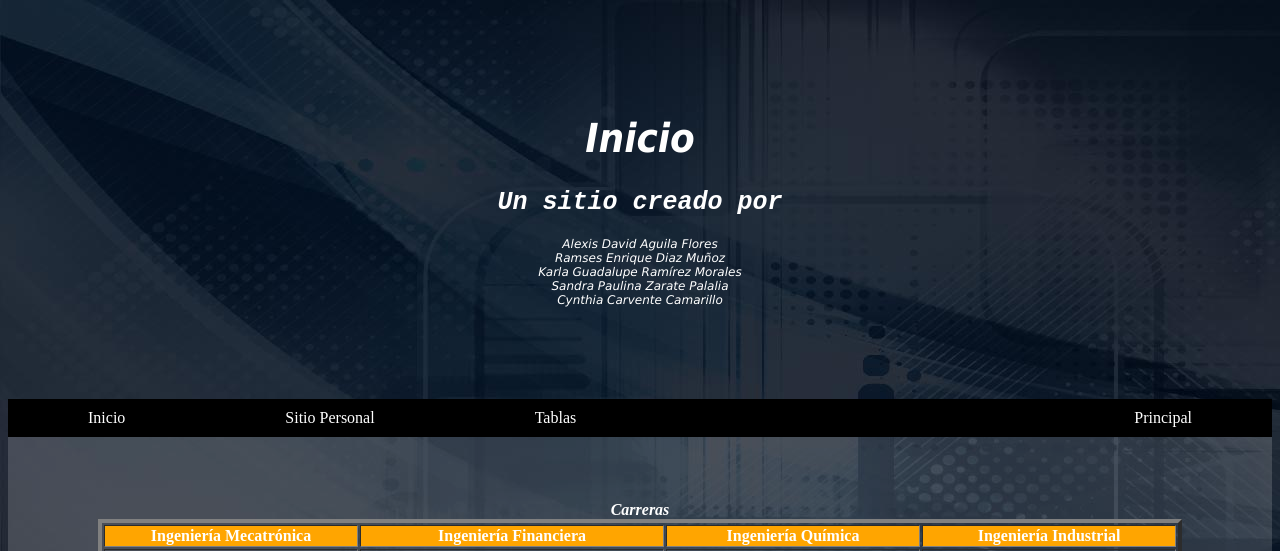
Repository: Dogueen/miniProyectoUniversidad
Page: miniProyecto/pages/inicio.html
An editor plug-in stored every save of this project. The page is shown before and after the next save, followed by the edit.
The browser window is 1280 px wide. The pictures show the part of the page from y = 0 to 551 px (the page is 1898 px tall before and 1772 px after).
Pictures or frames that could not be fetched are drawn as grey boxes.

Above is the page before, as saved 2023-10-31 12:11:03.

After the next save:
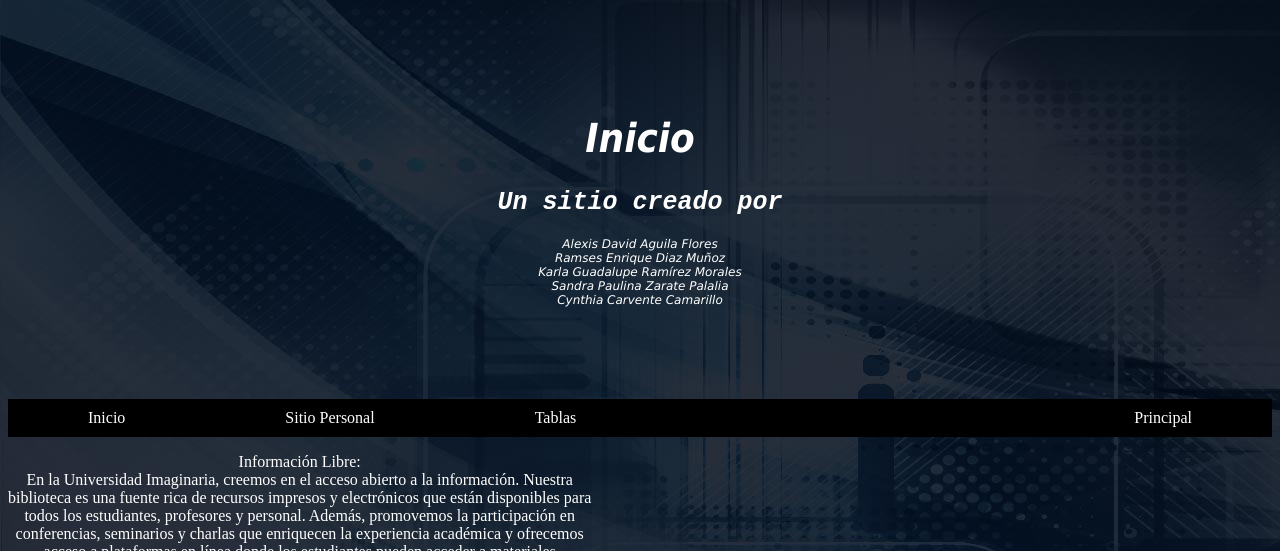
Saved 52 s later.
--- a/miniProyecto/pages/inicio.html
+++ b/miniProyecto/pages/inicio.html
@@ -59,7 +59,7 @@
                 significativa a la sociedad.
             </p>
         </center></div>
-        <div class="main"><center>
+        < class="main"><center>
     <div class="table-wrapper">
         <table border="4">
             <center>
@@ -114,7 +114,7 @@
         educativos de calidad de forma gratuita. Fomentamos la investigación abierta y la <br>
         colaboración académica para impulsar el crecimiento del conocimiento.
     </p>
-</center></div>
+</center>
     </div>
 
 

After the save that followed:
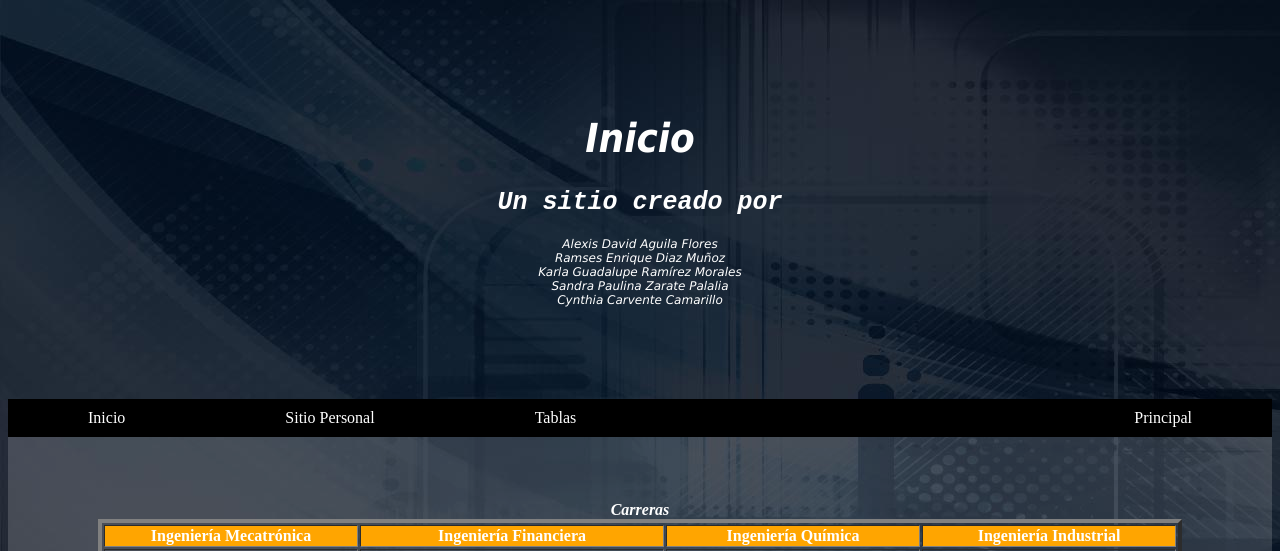
Saved 43 s later.
--- a/miniProyecto/pages/inicio.html
+++ b/miniProyecto/pages/inicio.html
@@ -59,7 +59,7 @@
                 significativa a la sociedad.
             </p>
         </center></div>
-        < class="main"><center>
+        <div class="main"><center>
     <div class="table-wrapper">
         <table border="4">
             <center>
@@ -114,7 +114,7 @@
         educativos de calidad de forma gratuita. Fomentamos la investigación abierta y la <br>
         colaboración académica para impulsar el crecimiento del conocimiento.
     </p>
-</center>
+</center></div>
     </div>
 
 
